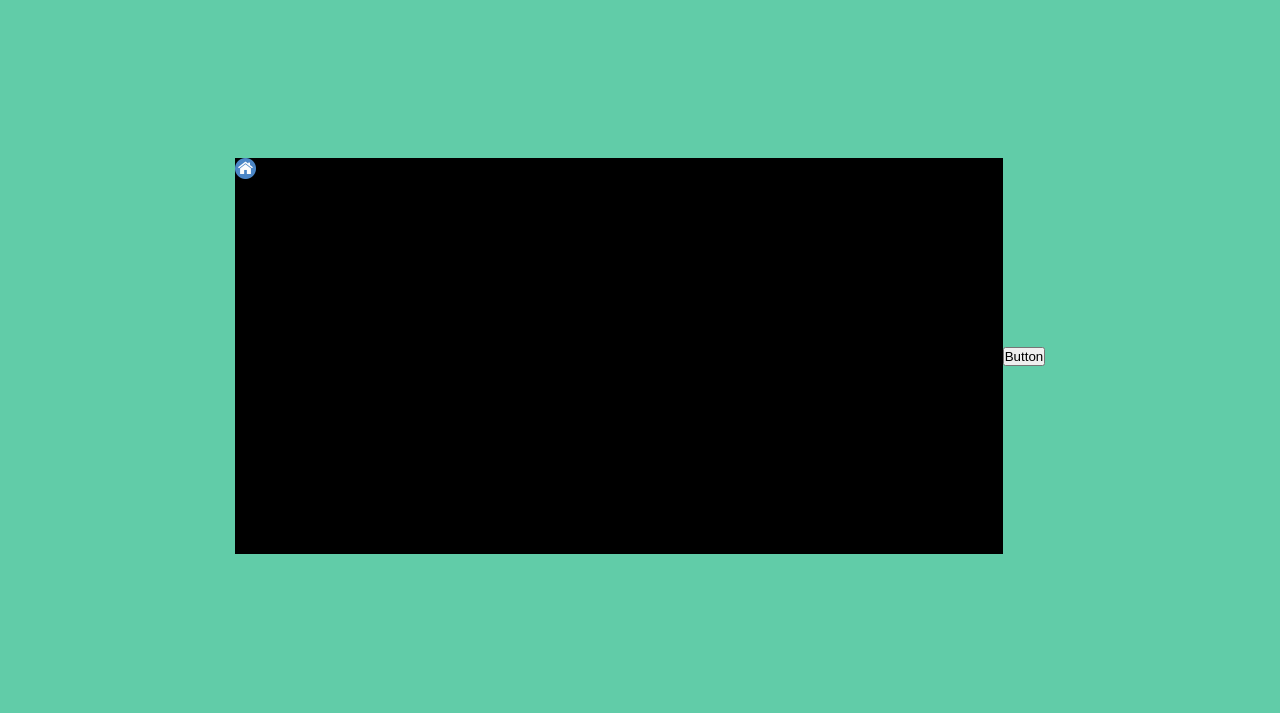
Repository: gitveerak/git-message-chat
Page: demo/demo1.html
An editor plug-in stored every save of this project. The page is shown before and after the next save, followed by the edit.
The browser window is 1280 px wide. The pictures show the whole page.

Above is the page before, as saved 2025-04-20 18:14:36.

After the next save:
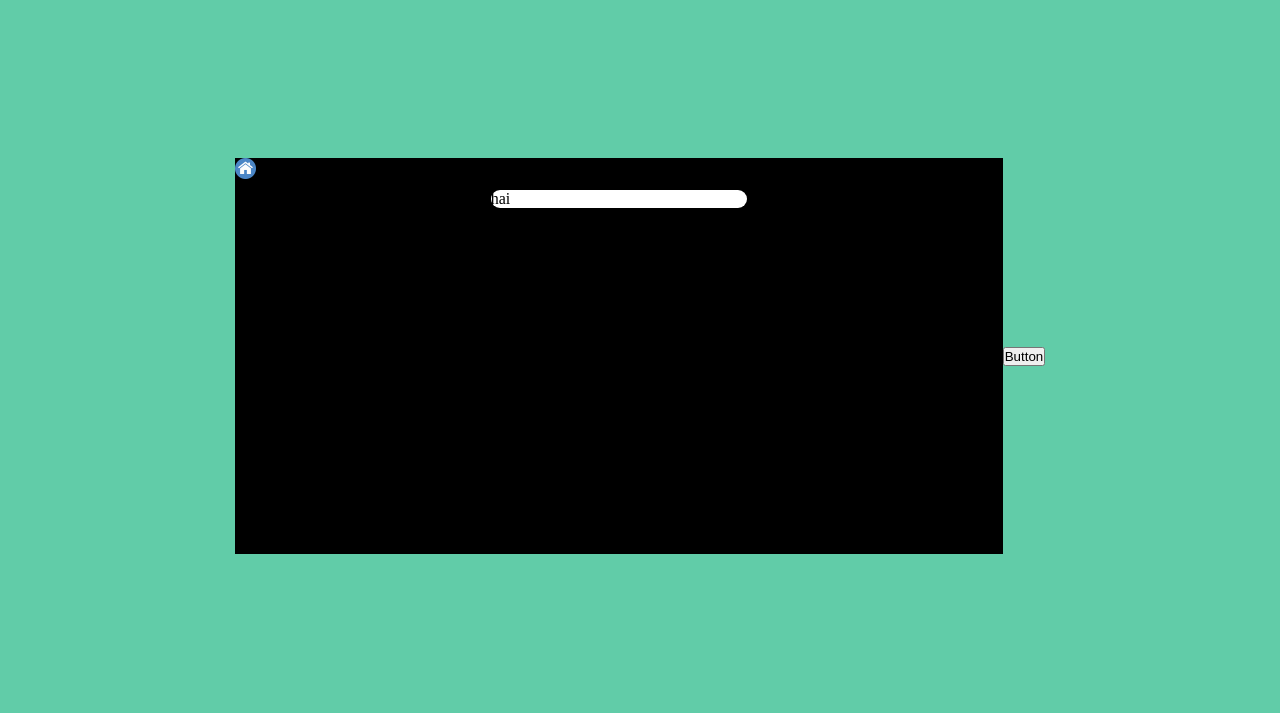
Saved 12 s later.
--- a/demo/demo1.html
+++ b/demo/demo1.html
@@ -43,7 +43,7 @@
         <div class="wrap_inner">
             <div class="img_icon">
                 <img src="home.png" alt="home_png">
-                <div class="icon_bar">
+                <div class="icon_bar">hai
                 </div>
             </div>
         </div>

After the save that followed:
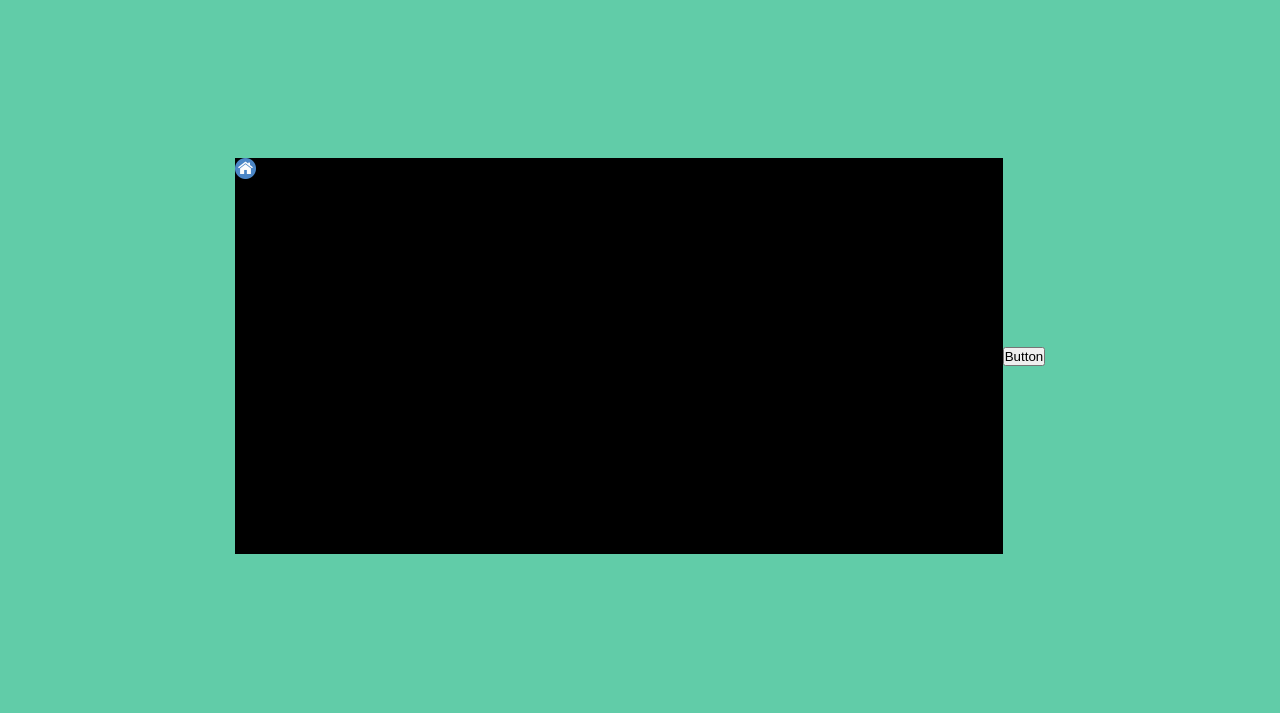
Saved 11 s later.
--- a/demo/demo1.html
+++ b/demo/demo1.html
@@ -43,7 +43,7 @@
         <div class="wrap_inner">
             <div class="img_icon">
                 <img src="home.png" alt="home_png">
-                <div class="icon_bar">hai
+                <div class="icon_bar">
                 </div>
             </div>
         </div>
